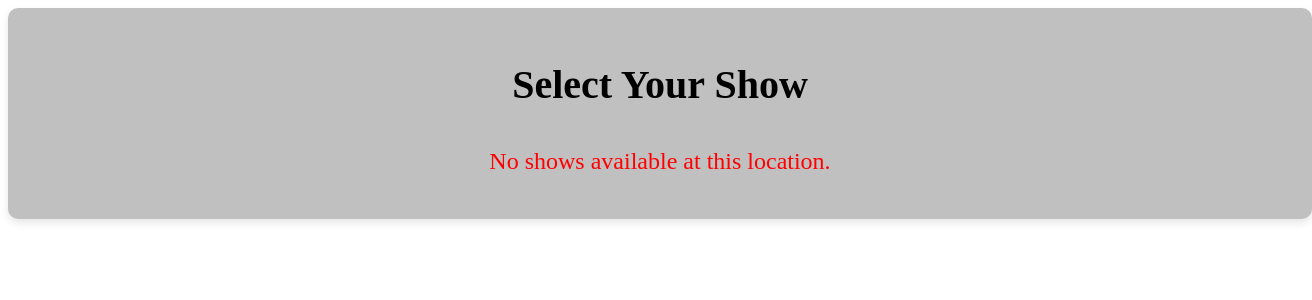
Repository: gnanaprasunag/MovieBookingApp
Page: /onbooktickets (app in frontend/)
An editor plug-in stored every save of this project. The page is shown before and after the next save, followed by the edit.
The browser window is 1280 px wide. The page is 1312 px wide, so the pictures cover 1312 px, including what lies to the right of the window. The pictures show the whole page.
The page's requests for data from a server got no answer. The project was rebuilt for these pictures with package versions that can differ from the ones it lists, and the page was loaded fresh each time. No one was signed in, and anything a server would have sent is missing. Also part of the build but not shown: frontend/src/components/PrivateRoute.js, frontend/src/components/AuthorizeRoute.js.

Above is the page before, as saved 2025-05-03 22:42:29.

### frontend/src/index.js
import React from 'react';
import ReactDOM from 'react-dom/client';
import App from './App';
import { BrowserRouter } from 'react-router-dom'
import { Provider } from 'react-redux';
import { store } from "./components/store";

store.subscribe(()=>{
  console.log("state",store.getState())
})

const root = ReactDOM.createRoot(document.getElementById('root'));
root.render(
  <BrowserRouter>
    <Provider store={store}>
      <App />
      </Provider>
  </BrowserRouter>
);

### frontend/src/components/store.js
import { configureStore } from "@reduxjs/toolkit";
import userReducer from "./regSlice";
import movieReducer from "./movieSlice";

export const store = configureStore({
  reducer: {
    user: userReducer,
    movieSlice:movieReducer
  },
});

console.log(store.getState());

### frontend/src/components/regSlice.js
import { createSlice, createAsyncThunk } from '@reduxjs/toolkit';
import { toast } from 'react-toastify';
import axios from '../config/axios';

// ------------------------------
// 🟢 Async Thunks
// ------------------------------

const handleApiErrors = (err, rejectWithValue, defaultMsg = 'An error occurred') => {
    if (err.response?.data?.error) {
        return rejectWithValue({ serverErrors: [err.response.data.error] });
    } else if (err.response?.data?.errors) {
        const array = err.response.data.errors.map((ele) => ele.msg);
        return rejectWithValue({ serverErrors: array });
    } else {
        return rejectWithValue({ serverErrors: [defaultMsg] });
    }
};

export const handleEditProfile = createAsyncThunk(
    "users/handleEditProfile",
    async ({ editId, formData }, { rejectWithValue }) => {
        try {
            const response = await axios.put(
                `/api/users/change-profile/${editId}`,
                formData,
                { headers: { 'Authorization': localStorage.getItem('token') } }
            );
            return response.data;
        } catch (err) {
            return handleApiErrors(err, rejectWithValue, 'Failed to edit profile');
        }
    }
);

export const handleRegister = createAsyncThunk(
    "users/handleRegister",
    async (formData, { rejectWithValue }) => {
        try {
            const response = await axios.post('/api/users/register', formData);
            toast('Successfully Registered', { autoClose: 1000 });
            return response.data;
        } catch (err) {
            return handleApiErrors(err, rejectWithValue, 'Registration failed');
        }
    }
);

export const handleReload = createAsyncThunk(
    "users/handleReload",
    async (_, { rejectWithValue }) => {
        try {
            const response = await axios.get('/api/users/account', {
                headers: { 'Authorization': localStorage.getItem('token') }
            });
            return response.data;
        } catch (err) {
            return handleApiErrors(err, rejectWithValue, 'Failed to reload user data');
        }
    }
);

export const handlemailcheck = createAsyncThunk(
    "users/handleEmailcheck",
    async ({ email }, { rejectWithValue }) => {
        try {
            const response = await axios.post('/api/users/mailcheck', { email });
            return response.data;
        } catch (err) {
            return rejectWithValue({
                serverErrors: ['Email ID is not present']
            });
        }
    }
);

export const handleLogin = createAsyncThunk(
    "users/handleLogin",
    async (formData, { rejectWithValue }) => {
        try {
            const response = await axios.post('/api/users/login', formData, {
                headers: { 'Authorization': localStorage.getItem('token') }
            });
            localStorage.setItem('token', response.data.token);
            toast('Successfully logged in');
            return response.data;
        } catch (err) {
            return handleApiErrors(err, rejectWithValue, 'Login failed');
        }
    }
);

// ------------------------------
// 🟢 Slice
// ------------------------------

const initialState = {
    user: null,
    isLoggedin: false,
    error: null,
    status: "idle",
    editId: null
};

const userSlice = createSlice({
    name: "users",
    initialState,
    reducers: {
        handleEditId: (state, action) => {
            state.editId = action.payload;
        },
        handleLogout: (state) => {
            localStorage.removeItem('token');
            state.user = null;
            state.isLoggedin = false;
            state.error = null;
            state.editId = null;
            state.status = "idle";
            toast("Successfully logged out");
        },
        handleServerErrors: (state, action) => {
            state.error = action.payload;
        }
    },
    extraReducers: (builder) => {
        builder
            // Register
            .addCase(handleRegister.pending, (state) => {
                state.status = "loading";
            })
            .addCase(handleRegister.fulfilled, (state, action) => {
                state.status = "success";
                state.user = action.payload;
                state.error = null;
            })
            .addCase(handleRegister.rejected, (state, action) => {
                state.error = action.payload.serverErrors;
            })

            // Login
            .addCase(handleLogin.pending, (state) => {
                state.status = "loading";
            })
            .addCase(handleLogin.fulfilled, (state, action) => {
                state.isLoggedin = true;
                state.user = action.payload.user;
                state.error = null;
            })
            .addCase(handleLogin.rejected, (state, action) => {
                state.error = action.payload.serverErrors;
            })

            // Reload
            .addCase(handleReload.fulfilled, (state, action) => {
                state.isLoggedin = true;
                state.user = action.payload;
                state.error = null;
            })

            // Edit Profile
            .addCase(handleEditProfile.fulfilled, (state, action) => {
                state.editId = null;
                state.user = action.payload;
                state.error = null;
            })
            .addCase(handleEditProfile.rejected, (state, action) => {
                state.error = action.payload.serverErrors;
            });
    }
});

export const { handleLogout, handleServerErrors, handleEditId } = userSlice.actions;
export default userSlice.reducer;

### frontend/src/components/movieSlice.js
import { createSlice, createAsyncThunk } from '@reduxjs/toolkit';
import axios from '../config/axios';


const handleApiErrors = (err, rejectWithValue) => {
    if (err.response?.data?.error) {
        return rejectWithValue({ serverErrors: [err.response.data.error] });
    } else if (err.response?.data?.errors) {
        const array = err.response.data.errors.map(ele => ele.msg);
        return rejectWithValue({ serverErrors: array });
    } else {
        return rejectWithValue({ serverErrors: ['Unknown error occurred'] });
    }
};

export const reloadSingledate = createAsyncThunk(
    "movies/reloadSingledate",
    async (_, { rejectWithValue }) => {
        try {
            const response = await axios.get('/api/singledate');
            return response.data;
        } catch (err) {
            return handleApiErrors(err, rejectWithValue);
        }
    }
);

export const reloadMovies = createAsyncThunk(
    "movies/reloadMovies",
    async (_, { rejectWithValue }) => {
        try {
            const response = await axios.get('/api/movies');
            return response.data;
        } catch (err) {
            return handleApiErrors(err, rejectWithValue);
        }
    }
);

export const reloadCastcrews = createAsyncThunk(
    "movies/reloadCastcrews",
    async (_, { rejectWithValue }) => {
        try {
            const response = await axios.get('/api/castcrew');
            return response.data;
        } catch (err) {
            return handleApiErrors(err, rejectWithValue);
        }
    }
);

export const reloadTimeplaces = createAsyncThunk(
    "movies/reloadTimeplaces",
    async (_, { rejectWithValue }) => {
        try {
            const response = await axios.get('/api/timeplace');
            return response.data;
        } catch (err) {
            return handleApiErrors(err, rejectWithValue);
        }
    }
);

export const reloadBookinghistory = createAsyncThunk(
    "movies/reloadBookinghistory",
    async (_, { rejectWithValue }) => {
        try {
            const response = await axios.get('/api/bookinghistory');
            return response.data;
        } catch (err) {
            return handleApiErrors(err, rejectWithValue);
        }
    }
);

export const reloadRatings = createAsyncThunk(
    "movies/reloadRatings",
    async (_, { rejectWithValue }) => {
        try {
            const response = await axios.get('/api/rating');
            return response.data;
        } catch (err) {
            return handleApiErrors(err, rejectWithValue);
        }
    }
);

// ------------------------------
// 🟢 Slice
// ------------------------------

const initialState = {
    allmovies: null,
    allcastcrews: null,
    alltimeplaces: null,
    allbookinghistories: null,
    allratings: null,
    allsingledate: null,
    error: null,
    status: "idle",
    editId: null
};

const movieSlice = createSlice({
    name: "movies",
    initialState,
    reducers: {
        handleEditId: (state, action) => {
            state.editId = action.payload;
        },
        handleServerErrors: (state, action) => {
            state.error = action.payload;
        },
        moviesAfterEdit: (state, action) => {
            state.allmovies = action.payload;
        },
        castcrewAfterRemove: (state, action) => {
            state.allcastcrews = action.payload;
        },
        timeplaceAfterRemove: (state, action) => {
            state.alltimeplaces = action.payload;
        },
        ratingAfterRemove: (state, action) => {
            state.allratings = action.payload;
        }
    },
    extraReducers: (builder) => {
        builder
            .addCase(reloadMovies.pending, (state) => {
                state.status = "loading";
            })
            .addCase(reloadMovies.fulfilled, (state, action) => {
                state.allmovies = action.payload;
                state.status = "idle";
            })
            .addCase(reloadMovies.rejected, (state, action) => {
                state.error = action.payload?.serverErrors;
                state.status = "idle";
            })
            .addCase(reloadSingledate.fulfilled, (state, action) => {
                state.allsingledate = action.payload;
            })
            .addCase(reloadCastcrews.fulfilled, (state, action) => {
                state.allcastcrews = action.payload;
            })
            .addCase(reloadCastcrews.rejected, (state, action) => {
                state.error = action.payload?.serverErrors;
            })
            .addCase(reloadTimeplaces.fulfilled, (state, action) => {
                state.alltimeplaces = action.payload;
            })
            .addCase(reloadBookinghistory.fulfilled, (state, action) => {
                state.allbookinghistories = action.payload;
            })
            .addCase(reloadRatings.fulfilled, (state, action) => {
                state.allratings = action.payload;
            });
    }
});

export const {
    handleEditId,
    handleServerErrors,
    moviesAfterEdit,
    castcrewAfterRemove,
    timeplaceAfterRemove,
    ratingAfterRemove
} = movieSlice.actions;

export default movieSlice.reducer;

### frontend/src/pages/Onbooktickets.js
import { useSelector } from "react-redux";
import { useNavigate, useLocation } from "react-router-dom";
import { useEffect, useState } from "react";
import axios from "../config/axios";
import { FontAwesomeIcon } from "@fortawesome/react-fontawesome";
import { faMapMarkerAlt } from "@fortawesome/free-solid-svg-icons";
import "./onbooktickets.css";

export default function App() {
  const { alltimeplaces, allbookinghistories } = useSelector((state) => state.movieSlice);
  const { user } = useSelector((state) => state.user);
  const location = useLocation();
  const navigate = useNavigate();
  const { movie, currentLocation } = location.state || {};

  const [timeplaceFiltered, setTimeplaceFiltered] = useState([]);
  const [currentlat, setcurrentlat] = useState();
  const [currentlon, setcurrentlon] = useState();
  const [lat, setlat] = useState();
  const [lon, setlon] = useState();
  const [alllocations, setAlllocations] = useState([]);
  const [a, setA] = useState();
  const [showModal, setShowModal] = useState(false);
  const Key = "pk.2a08003926a37954102c9d1cb3d3d94c";

  // ✅ Get user’s current location
  useEffect(() => {
    navigator.geolocation.getCurrentPosition(function (position) {
      setcurrentlat(position.coords.latitude);
      setcurrentlon(position.coords.longitude);
    });
  }, []);

  // ✅ Filter timeplace when data or movie/currentLocation changes
  useEffect(() => {
    if (alltimeplaces && movie && currentLocation) {
      const filter = alltimeplaces.filter(
        (ele) =>
          ele.movie_name === movie.movie_name &&
          ele.language === movie.language &&
          ele.location.toLowerCase().includes(currentLocation.toLowerCase())
      );
      setTimeplaceFiltered(filter);
    } else {
      setTimeplaceFiltered([]); // no data fallback
    }
  }, [alltimeplaces, movie, currentLocation]);

  // ✅ Collect previously visited locations by this user
  useEffect(() => {
    if (allbookinghistories && user) {
      const az = allbookinghistories.filter((ele) => ele.user_name === user.email);

      if (az.length > 0 && az[0].booked) {
        const all = az[0].booked.map((el) => el.location);
        setAlllocations(all);
      } else {
        setAlllocations([]); // if no bookings
      }
    } else {
      setAlllocations([]); // reset when user or histories are missing
    }
  }, [allbookinghistories, user]);

  // ✅ Calculate distance to the clicked location
  useEffect(() => {
    if (currentlon && currentlat && lat && lon) {
      const url = `https://us1.locationiq.com/v1/directions/driving/${currentlon},${currentlat};${lon},${lat}?key=${Key}&overview=simplified&annotations=false`;
      axios
        .get(url)
        .then((response) => {
          const result = response.data;
          if (result.routes && result.routes.length > 0) {
            const distanceInMeters = result.routes[0].distance;
            const distanceInKilometers = distanceInMeters / 1000;
            setA(distanceInKilometers);
          } else {
            console.error("No route found in API response.");
          }
        })
        .catch((error) => {
          console.error("Error fetching distance data: ", error);
        });
    }
  }, [currentlon, currentlat, lat, lon]);

  // ✅ On location icon click, get lat/lon of the theater location
  const click1 = (address) => {
    const url1 = `https://us1.locationiq.com/v1/search.php?key=${Key}&q=${address}&format=json`;
    axios
      .get(url1)
      .then((response) => {
        const data = response.data;
        if (data && data.length > 0) {
          setlat(data[0].lat);
          setlon(data[0].lon);
        } else {
          console.log("Location not found.");
        }
      })
      .catch((error) => {
        console.error("Error fetching geolocation data: ", error);
      });
  };

  const nav = () => {
    window.open(`https://www.google.com/maps?q=${lat},${lon}`, "_blank");
  };

  return (
    <div className="timeplace-container">
      <h2 className="page-title">Select Your Show</h2>

      {timeplaceFiltered && timeplaceFiltered.length > 0 ? (
        timeplaceFiltered.map((ele, index) => (
          <div key={index} className="timeplace-card">
            <h3 className="place-name">
              {ele.place}{" "}
              <button
                style={{
                  fontSize: "100px",
                  backgroundColor: "white",
                  paddingLeft: "30px",
                }}
                onClick={() => {
                  setShowModal(true);
                  click1(ele.location);
                }}
              >
                <FontAwesomeIcon icon={faMapMarkerAlt} style={{ color: "red", fontSize: "24px" }} />
              </button>
              {alllocations.includes(ele.location) && <span className="visited">(Visited)</span>}
            </h3>
            <h4 className="location-name">{ele.location}</h4>

            <div className="time-buttons">
              {ele.time.map((el, idx) => (
                <button
                  key={idx}
                  className="time-button"
                  onClick={() =>
                    navigate("/onlocationclick", {
                      state: {
                        movie_name: movie.movie_name,
                        language: movie.language,
                        locationselected: ele.location,
                        placeselected: ele.place,
                        seats: el.seats,
                        time: el.time,
                      },
                    })
                  }
                >
                  {el.time}
                </button>
              ))}
            </div>

            {/* ✅ Modal for distance */}
            {showModal && (
              <div className="modal fade show d-block" tabIndex="-1">
                <div className="modal-dialog modal-sm">
                  <div className="modal-content">
                    <div className="modal-body text-center">
                      <p>{a ? `Distance - ${a.toFixed(1)} km` : "Calculating distance..."}</p>
                      <button className="btn btn-success mb-2" onClick={nav}>
                        Directions
                      </button>
                      <br />
                      <button className="btn btn-danger" onClick={() => setShowModal(false)}>
                        Close
                      </button>
                    </div>
                  </div>
                </div>
              </div>
            )}

            {/* Modal Backdrop */}
            {showModal && (
              <div className="modal-backdrop fade show" onClick={() => setShowModal(false)}></div>
            )}
          </div>
        ))
      ) : (
        <p className="no-shows">No shows available at this location.</p>
      )}
    </div>
  );
}

### frontend/src/config/axios.js
import axios from 'axios'
//we can create axios configuration object
export default axios.create({
    baseURL:'http://localhost:9213'
})

### frontend/src/pages/onbooktickets.css
/* General container */
.timeplace-container {
    padding: 20px;
    margin: 0 auto;
    background-color: silver;
    border-radius: 10px;
    box-shadow: 0 4px 8px rgba(0, 0, 0, 0.1);
    display: flex;
    flex-direction: column;
    align-items: center; /* Center items horizontally */
    width: 100%; /* Ensure cards take the full width of the container */
  }

  /* Page Title */
  .page-title {
    font-size: 2.5rem; /* Increased font size */
    color: black;
    text-align: center;
    margin-bottom: 20px;
    font-weight: bold;
  }

  /* Timeplace Card */
  .timeplace-card {
    background-color:white;

    border-radius: 8px;
    padding: 20px 30px; /* Increased padding for a spacious feel */
    margin-bottom: 20px;

    width: 100%; /* Ensure cards take the full width of the container */
    max-width: 1000px;
    display: flex;
    flex-direction: column;
    align-items: center; /* Center content within each card */
    text-align: center;
  }

  .place-name {
    font-size: 1.5rem; /* Increased font size */
    color: black;
    margin-bottom: 10px;
    font-weight: bold;
  }
  .visited {
    font-size: 1.2rem; /* Increased font size */
    color:rgb(34, 34, 206);
    margin-bottom: 10px;
    font-weight: bold;
    padding-left:10px;

  }

  .location-name {
    font-size: 1rem; /* Increased font size */
    color: black;

  }

  /* Time Buttons Container */
  .time-buttons {
    display: flex;
    flex-wrap: wrap;
    gap: 15px; /* Increased gap between buttons */
    justify-content: center; /* Center align buttons */
    margin-bottom: 15px;
  }

  /* Time Button */
  .time-button {
    padding: 12px 25px; /* Increased padding for larger buttons */
    background-color: #007bff;
    color: white;
    border: none;
    border-radius: 5px;
    cursor: pointer;
    font-size: 1.2rem; /* Larger font size for buttons */
    transition: background-color 0.3s ease;
  }

  .time-button:hover {
    background-color: red;
  }

  /* No Shows Text */
  .no-shows {
    text-align: center;
    color: #ff0000;
    font-size: 1.5rem; /* Increased font size for emphasis */
    margin-top: 20px;
  }

Loaded but not shown: frontend/public/index.html (common file); frontend/src/App.js (138 lines, source omitted)

After the next save:
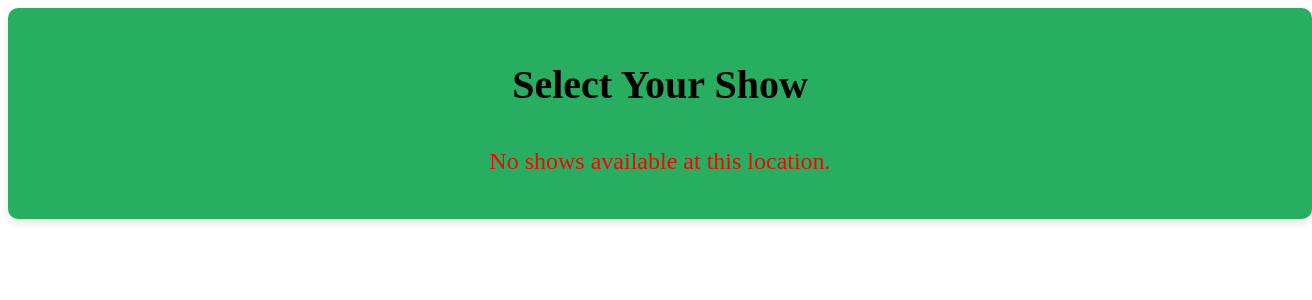
Saved 28 s later.
--- a/frontend/src/pages/onbooktickets.css
+++ b/frontend/src/pages/onbooktickets.css
@@ -1,8 +1,14 @@
 /* General container */
+/*
+background-color: #e74c3c;
+background-color: #27ae60;
+background-color: #145a32;
+color: #c0392b;
+ */
 .timeplace-container {
     padding: 20px;
     margin: 0 auto;
-    background-color: silver;
+    background-color: #27ae60;
     border-radius: 10px;
     box-shadow: 0 4px 8px rgba(0, 0, 0, 0.1);
     display: flex;
